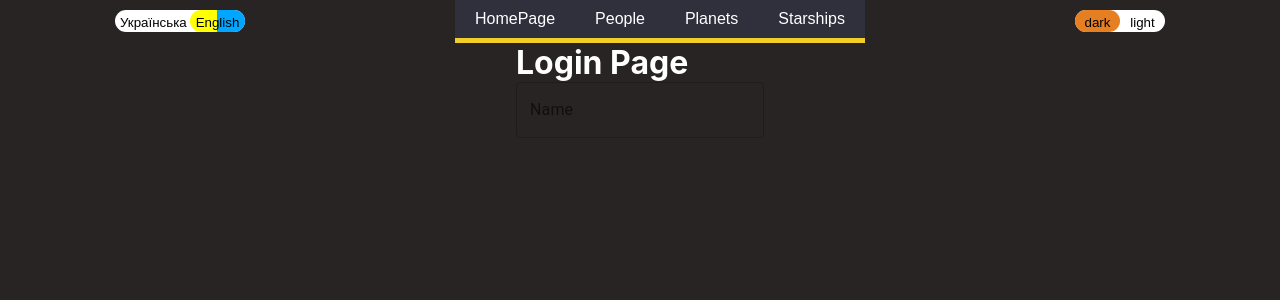
Repository: Novoselets28/star-wars-hooks
Page: /
These files come from the project's save history. The page is drawn as it stood at one moment and after the next save; the edit follows.
The browser window is 1280 px wide. The pictures show the whole page.
The project was rebuilt for these pictures with package versions that can differ from the ones it lists, and the page was loaded fresh each time. Also part of the build but not shown: src/components/HomePage.jsx, src/components/People/CurrentPeople.jsx, src/components/People/PeopleList.jsx, src/components/People/People.jsx, src/components/Planets/CurrentPlanet.jsx, src/components/Planets/PlanetsList.jsx, src/components/Planets/Planets.jsx, src/components/Starships/CurrentStarship.jsx and 4 more.

Above is the page before, as saved 2023-03-27 21:56:54.

After the next save:
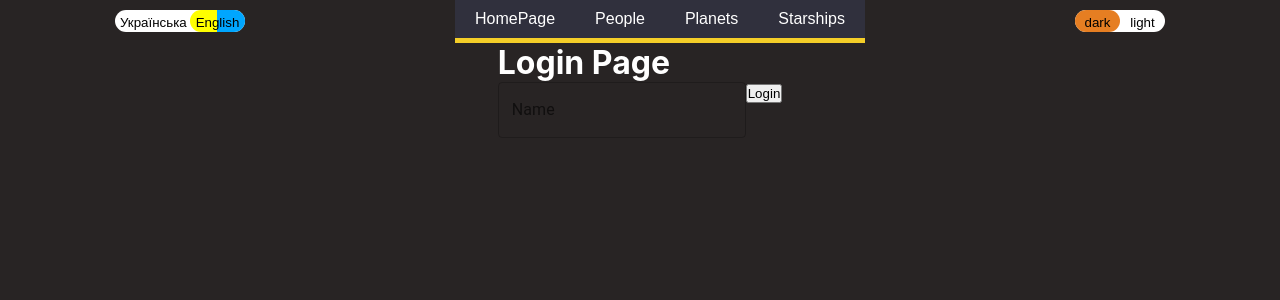
Saved 11 s later.
--- a/src/components/LoginPage.jsx
+++ b/src/components/LoginPage.jsx
@@ -32,6 +32,7 @@ const LoginPage = () => {
         <button type="submit">Login</button>
       </form> */}
       <TextField id="outlined-basic" label={language === 'ukr' ? 'Імʼя' : 'Name'} name="username" variant="outlined" />
+      <button type="submit">Login</button>
     </div>
   )
 };
